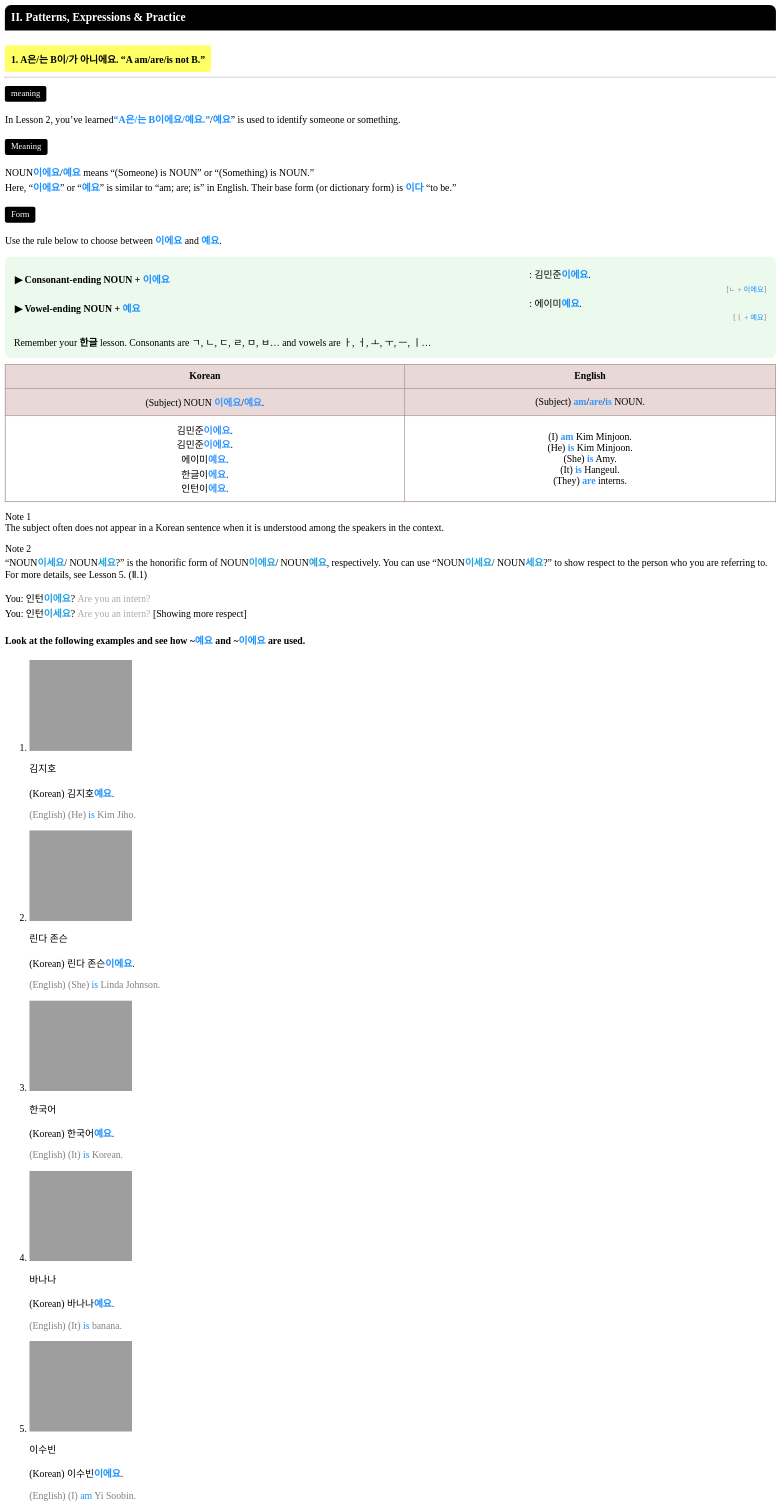
Repository: elliehong89/pineapple-content
Page: 1.anytimekorea/chap3/섹션6.html
These files come from the project's save history. The page is drawn as it stood at one moment and after the next save; the edit follows.
The browser window is 1280 px wide. The pictures show the whole page, at 61% of full size.
Pictures or frames that could not be fetched are drawn as grey boxes.

Above is the page before, as saved 2025-02-19 18:07:16.

After the next save:
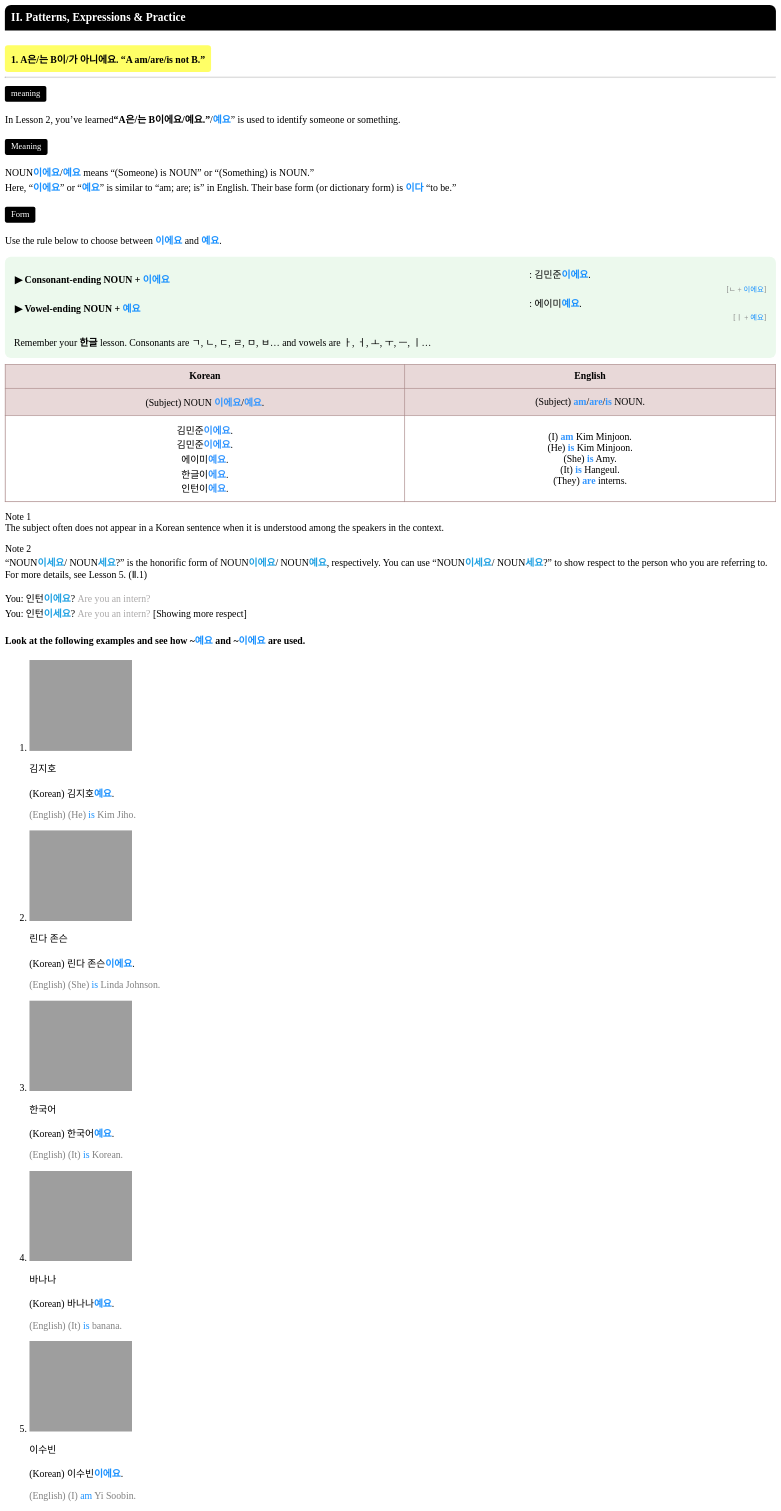
Saved 70 s later.
--- a/1.anytimekorea/chap3/섹션6.html
+++ b/1.anytimekorea/chap3/섹션6.html
@@ -8,7 +8,7 @@
 <div style="background-color: black; color: white; display: inline-block; padding: 5px 10px; border-radius: 3px; font-size: 14px; margin-top: 5px;">
     meaning
 </div>
-<p>In Lesson 2, you’ve learned<span style="color: #1890FF; font-weight: bold;">“A은/는 B이에요/예요.”</span>/<span style="color: #1890FF; font-weight: bold;">예요</span>” is used to identify someone or something.</p>
+<p>In Lesson 2, you’ve learned<span style="color: #000; font-weight: bold;">“A은/는 B이에요/예요.”</span>/<span style="color: #1890FF; font-weight: bold;">예요</span>” is used to identify someone or something.</p>
 
 <div style="margin-top: 5px; background-color: black; color: white; display: inline-block; padding: 5px 10px; border-radius: 3px; font-size: 14px;">
     Meaning
